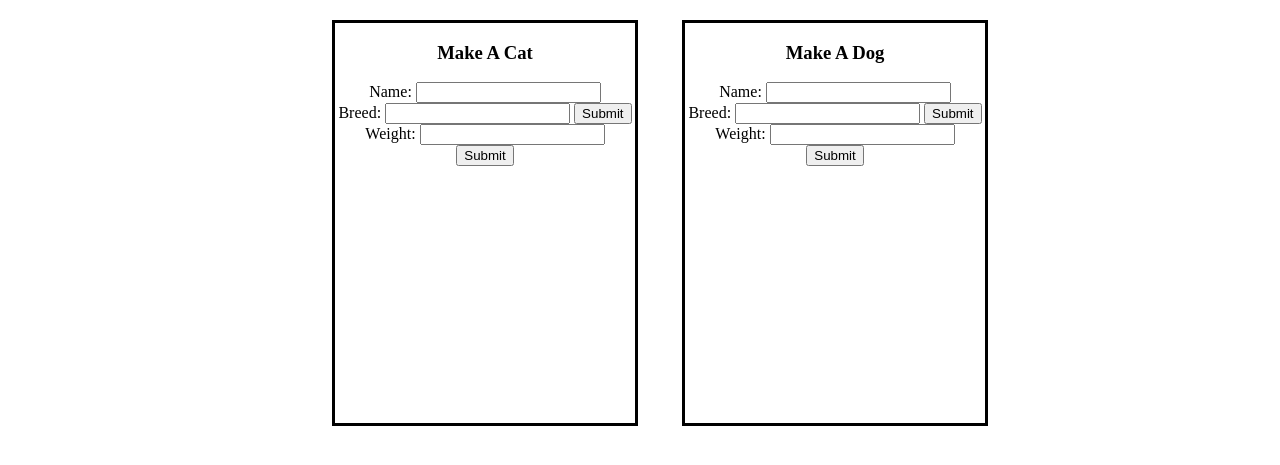
Repository: a-rydzak/Java
Page: http://localhost/Setup/Home
The author's editor kept a copy of each file at every save. The page is drawn from the files as they stood at one save, then again after the next save.
The browser window is 1280 px wide. The pictures show the whole page.
The page is served by Tomcat 9.

Above is the page before, as saved 2019-07-11 14:32:59.

After the next save:
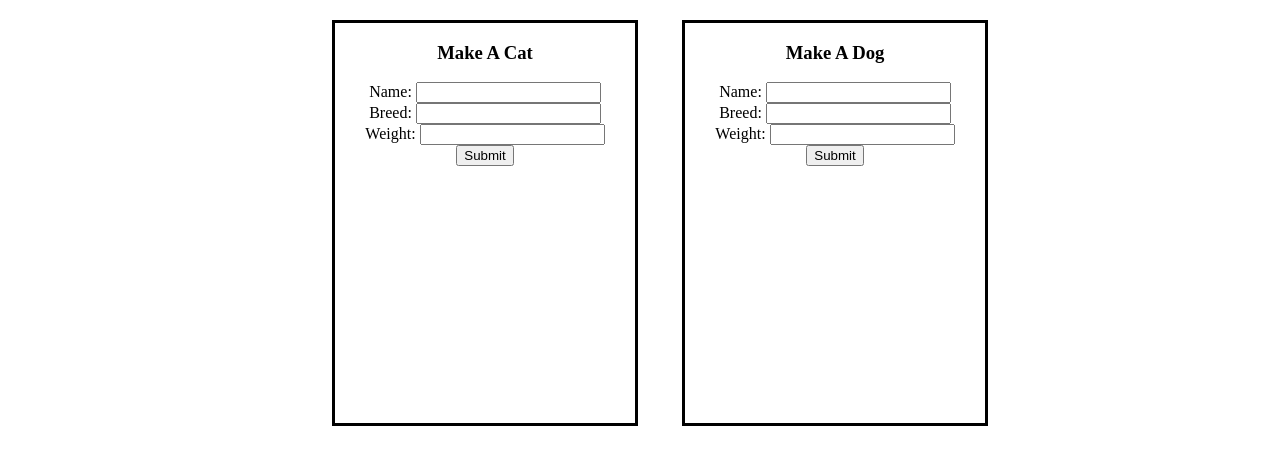
Saved 25 s later.
--- a/Java MVC/Pets/Setup/WebContent/WEB-INF/view/Home.jsp
+++ b/Java MVC/Pets/Setup/WebContent/WEB-INF/view/Home.jsp
@@ -18,7 +18,6 @@
 		         Name: <input type = "text" name = "name">
 		         <br />
 		         Breed: <input type = "text" name = "breed" />
-		         <input type = "submit" value = "Submit" />
 		         <br />
 		         Weight: <input type = "text" name = "weight" />
 		         <input type = "submit" value = "Submit" />
@@ -31,7 +30,6 @@
 		         Name: <input type = "text" name = "name">
 		         <br />
 		         Breed: <input type = "text" name = "breed" />
-		         <input type = "submit" value = "Submit" />
 		         <br />
 		         Weight: <input type = "text" name = "weight" />
 		         <input type = "submit" value = "Submit" />
